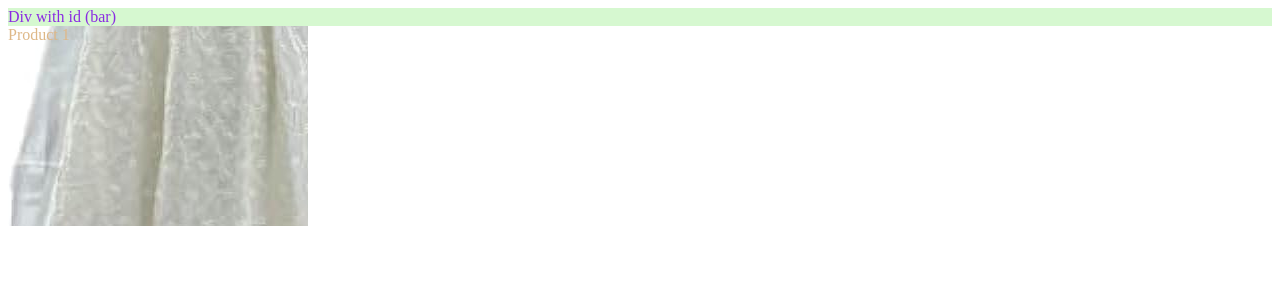
Repository: nihalani20/CSS-by-KG
Page: Practice set/index.html
The author's editor kept a copy of each file at every save. The page is drawn from the files as they stood at one save, then again after the next save.
The browser window is 1280 px wide. The pictures show the whole page.

Above is the page before, as saved 2023-11-24 18:22:11.

After the next save:
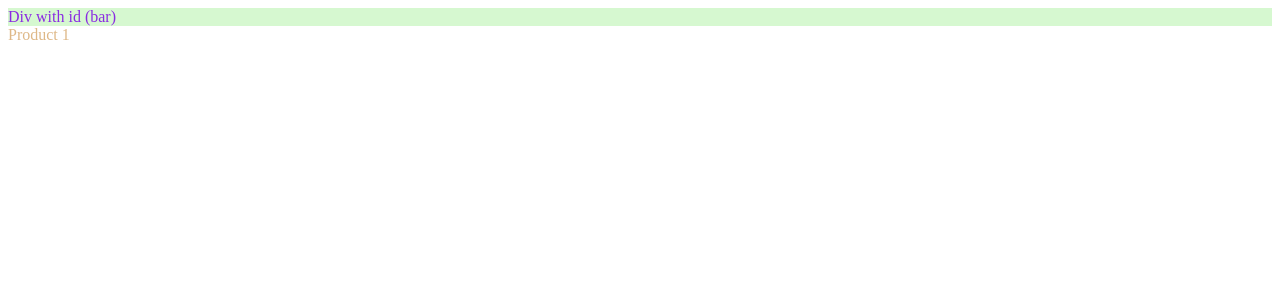
Saved 5 s later.
--- a/Practice set/index.html
+++ b/Practice set/index.html
@@ -29,7 +29,7 @@
 
 /* shorthand property */
      background: aqua url(images/kurt\ image.jpg)
-    no-repeat center  ;
+    no-repeat center cont ;
 }
 </style>
 </head>

After the save that followed:
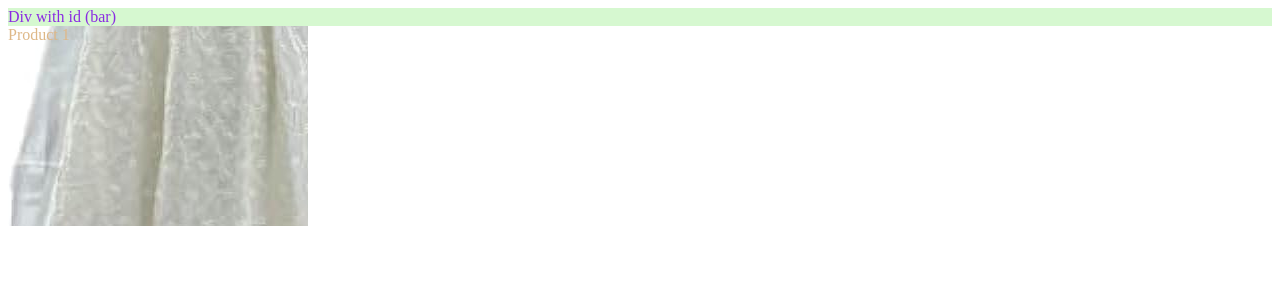
Saved 4 s later.
--- a/Practice set/index.html
+++ b/Practice set/index.html
@@ -29,7 +29,7 @@
 
 /* shorthand property */
      background: aqua url(images/kurt\ image.jpg)
-    no-repeat center cont ;
+    no-repeat center content-box ;
 }
 </style>
 </head>
